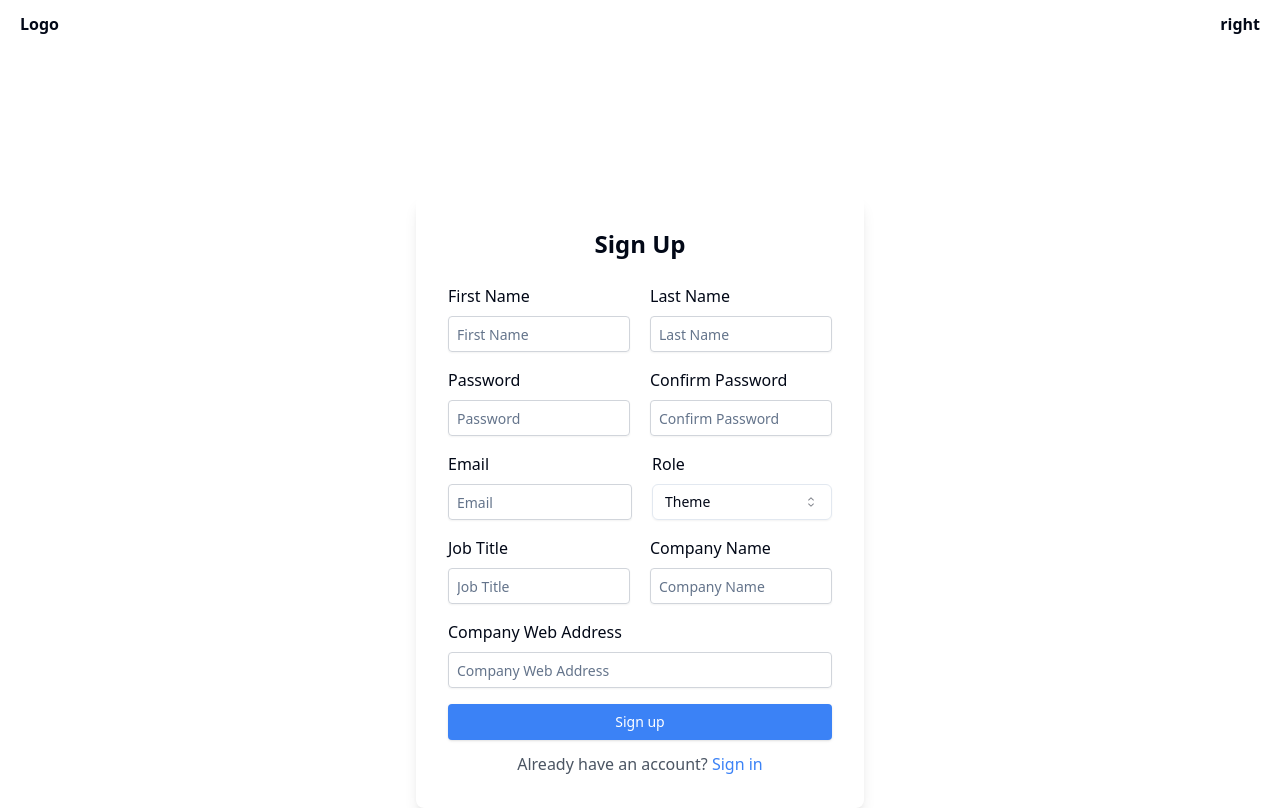
Repository: hisreal123/globalpath_fe
Page: /auth/signup
The author's editor kept a copy of each file at every save. The page is drawn from the files as they stood at one save, then again after the next save.
The browser window is 1280 px wide. The pictures show the whole page.
The project was rebuilt for these pictures with package versions that can differ from the ones it lists, and the page was loaded fresh each time. Also part of the build but not shown: vite.config.ts, src/components/pages/HomeComponent.tsx, src/pages/Home.tsx, src/pages/Error.tsx, src/pages/About.tsx, src/pages/Blog.tsx, src/pages/Find_jobs.tsx, src/components/Header.tsx and 2 more.

Above is the page before, as saved 2024-10-11 16:46:06.

### src/App.tsx

import { Router } from "./router/Router";

function App() {
  return (
    <>
      <Router />
    </>
  );
}

export default App;

### src/router/Router.tsx
import {
  createBrowserRouter,
  RouterProvider,
  Outlet,
  useLocation,
} from "react-router-dom";
import Home from "../pages/Home";
import Error from "../pages/Error";
import About from "../pages/About";
import Blog from "../pages/Blog";
import Find_jobs from "../pages/Find_jobs"
import Header from "../components/Header";
import Signin from "../pages/auth/Signin";
import Signup from "../pages/auth/Signup";


const notPages = ["/error", "/auth/signin", "/auth/signup", "auth/reset_password"]


// Layout component with conditional Navbar
const Layout = () => {
  const location = useLocation(); // Get the current route location

  return (
    <>
      {/* Conditionally render the Navbar if the current path is not the error page */}
      {!notPages.includes(location.pathname) && <Header />}
      <Outlet /> {/* Renders the child route's component */}
    </>
  );
};

const router = createBrowserRouter([
  {
    path: "/",
    element: <Layout />, // Wrap with layout for routes with Navbar
    children: [
      {
        path: "/",
        element: <Home />,
      },
      {
        path: "/about",
        element: <About />,
      },
      {
        path: "/find_jobs",
        element: <Find_jobs />,
      },
      {
        path: "/blog",
        element: <Blog />,
      },
      {
        path: "/auth",
        // element: <Blog />,
        children: [
          {
            path: "/auth/signin",
            element: <Signin />,
          },
          {
            path: "/auth/signup",
            element: <Signup />,
          },
        ],
      },
    ],
  },
  {
    path: "*", // Error route
    element: <Error />,
  },
]);

export const Router = () => {
  return (
    <>
      {/* No need for useLocation here */}
      <RouterProvider router={router} />
    </>
  );
};

### src/pages/auth/Signup.tsx
import React from 'react'
import SignupComponent from '../../components/pages/auth/SignupComponent'


const Signup = () => {
  return (
    <div>
      <SignupComponent />
    </div>
  )
}

export default Signup

### src/components/pages/auth/SignupComponent.tsx
import { z } from "zod";
import { zodResolver } from "@hookform/resolvers/zod";
import { SubmitHandler, useForm } from "react-hook-form";
import { RegisterSchema } from "@/utils/FormValiator";
import { Button } from "@/components/ui/button";
import {
  Form,
  FormControl,
  FormField,
  FormItem,
  FormLabel,
  FormMessage,
} from "@/components/ui/form";
import { Input } from "../../ui/input";
import { Link } from "react-router-dom";
import { useRegister } from "@/hooks/useAuth";
import { useState } from "react";
import {
  Select,
  SelectContent,
  SelectItem,
  SelectTrigger,
  SelectValue,
} from "@/components/ui/select";

type FormValues = z.infer<typeof RegisterSchema>;

const SignupComponent = () => {
  // states
  const [isLoading, setIsLoading] = useState<boolean>(false);
  const [isEmployer, setIsEmployer] = useState<boolean>(false);
  const form = useForm({
    resolver: zodResolver(RegisterSchema),
    defaultValues: {
      email: "",
      first_name: "",
      last_name: "",
      password: "",
      confirm_password: "",
      profile: {
        job_title: "",
        company_name: "",
        company_web_address: "",
      },
      role: "",
    },
  });

  const onSubmit: SubmitHandler<FormValues> = async (values) => {
    setIsLoading(true);
    try {
      const response = await useRegister(values);
      console.log("User registered successfully:", response.data);
    } catch (error: any) {
      console.error("Registration failed:", error.message);
    } finally {
      setIsLoading(false);
    }
  };

  return (
    <div>
      <div className="top_nav px-5 flex items-center justify-between font-bold pt-3">
        <Link to="/">Logo</Link>
        <h2>right</h2>
      </div>
      <div className="form_wrapper bg-white p-8 rounded-lg shadow-lg w-11/12 max-w-md mt-20 md:mt-40 mx-auto">
        <h2 className="text-2xl font-bold mb-6 text-center">Sign Up</h2>
        <Form {...form}>
          <form onSubmit={form.handleSubmit(onSubmit)} className="space-y-4">
            <div className="flex space-x-5">
              {/* First Name Field */}
              <FormField
                control={form.control}
                name="first_name"
                render={({ field }) => (
                  <FormItem>
                    <FormLabel className="text-md">First Name</FormLabel>
                    <FormControl>
                      <Input
                        placeholder="First Name"
                        {...field}
                        className="w-full p-2 border border-gray-300 rounded mt-1"
                      />
                    </FormControl>
                    <FormMessage />
                  </FormItem>
                )}
              />

              {/* Last Name Field */}
              <FormField
                control={form.control}
                name="last_name"
                render={({ field }) => (
                  <FormItem>
                    <FormLabel className="text-md">Last Name</FormLabel>
                    <FormControl>
                      <Input
                        placeholder="Last Name"
                        {...field}
                        className="w-full p-2 border border-gray-300 rounded mt-1"
                      />
                    </FormControl>
                    <FormMessage />
                  </FormItem>
                )}
              />
            </div>

            <div className="flex space-x-5">
              {/* Password Field */}
              <FormField
                control={form.control}
                name="password"
                render={({ field }) => (
                  <FormItem>
                    <FormLabel className="text-md">Password</FormLabel>
                    <FormControl>
                      <Input
                        type="password"
                        placeholder="Password"
                        {...field}
                        className="w-full p-2 border border-gray-300 rounded mt-1"
                      />
                    </FormControl>
                    <FormMessage />
                  </FormItem>
                )}
              />

              {/* Confirm Password Field */}
              <FormField
                control={form.control}
                name="confirm_password"
                render={({ field }) => (
                  <FormItem>
                    <FormLabel className="text-md">Confirm Password</FormLabel>
                    <FormControl>
                      <Input
                        type="password"
                        placeholder="Confirm Password"
                        {...field}
                        className="w-full p-2 border border-gray-300 rounded mt-1"
                      />
                    </FormControl>
                    <FormMessage />
                  </FormItem>
                )}
              />
            </div>

            <div className="flex space-x-5">
              {/* Email Field */}
              <FormField
                control={form.control}
                name="email"
                render={({ field }) => (
                  <FormItem>
                    <FormLabel className="text-md">Email</FormLabel>
                    <FormControl>
                      <Input
                        placeholder="Email"
                        {...field}
                        className="w-full p-2 border border-gray-300 rounded mt-1"
                      />
                    </FormControl>
                    <FormMessage />
                  </FormItem>
                )}
              />
              {/* Role Field */}
              <FormField
                control={form.control}
                name="role"
                render={({ field }) => (
                  <FormItem>
                    <FormLabel className="text-md">Role</FormLabel>
                    <FormControl>
                      <Select>
                        <SelectTrigger className="w-[180px]">
                          <SelectValue placeholder="Theme" />
                        </SelectTrigger>
                        <SelectContent>
                          <SelectItem value="EMPLOYER">EMPLOYER</SelectItem>
                          <SelectItem value="JOBSEEKER">JOBSEEKER</SelectItem>
                        </SelectContent>
                      </Select>
                    </FormControl>
                    <FormMessage />
                  </FormItem>
                )}
              />
            </div>

            <div className="flex space-x-5">
              {/* Job Title Field (Profile) */}
              <FormField
                control={form.control}
                name="profile.job_title"
                render={({ field }) => (
                  <FormItem>
                    <FormLabel className="text-md">Job Title</FormLabel>
                    <FormControl>
                      <Input
                        placeholder="Job Title"
                        {...field}
                        className="w-full p-2 border border-gray-300 rounded mt-1"
                      />
                    </FormControl>
                    <FormMessage />
                  </FormItem>
                )}
              />

              {/* Company Name Field (Profile) */}
              <FormField
                control={form.control}
                name="profile.company_name"
                render={({ field }) => (
                  <FormItem>
                    <FormLabel className="text-md">Company Name</FormLabel>
                    <FormControl>
                      <Input
                        placeholder="Company Name"
                        {...field}
                        className="w-full p-2 border border-gray-300 rounded mt-1"
                      />
                    </FormControl>
                    <FormMessage />
                  </FormItem>
                )}
              />
            </div>

            {/* Company Web Address Field (Profile) */}
            <FormField
              control={form.control}
              name="profile.company_web_address"
              render={({ field }) => (
                <FormItem>
                  <FormLabel className="text-md">Company Web Address</FormLabel>
                  <FormControl>
                    <Input
                      placeholder="Company Web Address"
                      {...field}
                      className="w-full p-2 border border-gray-300 rounded mt-1"
                    />
                  </FormControl>
                  <FormMessage />
                </FormItem>
              )}
            />

            {/* Submit Button */}
            <Button
              type="submit"
              className="bg-blue-500 text-white w-full p-2 rounded hover:bg-blue-600 mt-5 relative"
            >
              {`${isLoading ? "loading...." : "Sign up"}`}
            </Button>
          </form>
        </Form>

        <p className="text-center text-gray-600 mt-3">
          Already have an account?{" "}
          <Link to="/auth/signin" className="text-blue-500 hover:underline">
            Sign in
          </Link>
        </p>
      </div>
    </div>
  );
};

export default SignupComponent;

### src/utils/FormValiator.ts
"use client"

import {z} from "zod"


export const UserProfile = z.object({
  job_title: z.string(),
  company_name: z.string(),
  company_web_address: z.string().url({ message: "Invalid url" })
});

export const RegisterSchema = z
  .object({
    email: z
      .string()
      .min(13, {
        message: "Email must be 13 or more.",
      })
      .max(20),
    first_name: z
      .string()
      .min(2, {
        message: "First name must be at least 2 characters long",
      })
      .max(50),
    last_name: z.string().min(2).max(50),
    password: z.string().min(4).max(20),
    confirm_password: z.string().min(2).max(50),
    profile: UserProfile,
    role: z.string().min(8).max(20)
  })
  .refine((data) => data.password === data.confirm_password, {
    message: "Passwords do not match",
    path: ["confirm_password"],
  });



export const LoginSchema =  z.object({
  email: z.string().email({ message: "Invalid email address" }),
  password: z.string().min(6, { message: "Password must be at least 6 characters" }),
});

### src/components/ui/button.tsx
import * as React from "react"
import { Slot } from "@radix-ui/react-slot"
import { cva, type VariantProps } from "class-variance-authority"

import { cn } from "@/lib/utils"

const buttonVariants = cva(
  "inline-flex items-center justify-center whitespace-nowrap rounded-md text-sm font-medium transition-colors focus-visible:outline-none focus-visible:ring-1 focus-visible:ring-ring disabled:pointer-events-none disabled:opacity-50",
  {
    variants: {
      variant: {
        default:
          "bg-primary text-primary-foreground shadow hover:bg-primary/90",
        destructive:
          "bg-destructive text-destructive-foreground shadow-sm hover:bg-destructive/90",
        outline:
          "border border-input bg-background shadow-sm hover:bg-accent hover:text-accent-foreground",
        secondary:
          "bg-secondary text-secondary-foreground shadow-sm hover:bg-secondary/80",
        ghost: "hover:bg-accent hover:text-accent-foreground",
        link: "text-primary underline-offset-4 hover:underline",
      },
      size: {
        default: "h-9 px-4 py-2",
        sm: "h-8 rounded-md px-3 text-xs",
        lg: "h-10 rounded-md px-8",
        icon: "h-9 w-9",
      },
    },
    defaultVariants: {
      variant: "default",
      size: "default",
    },
  }
)

export interface ButtonProps
  extends React.ButtonHTMLAttributes<HTMLButtonElement>,
    VariantProps<typeof buttonVariants> {
  asChild?: boolean
}

const Button = React.forwardRef<HTMLButtonElement, ButtonProps>(
  ({ className, variant, size, asChild = false, ...props }, ref) => {
    const Comp = asChild ? Slot : "button"
    return (
      <Comp
        className={cn(buttonVariants({ variant, size, className }))}
        ref={ref}
        {...props}
      />
    )
  }
)
Button.displayName = "Button"

export { Button, buttonVariants }

### src/components/ui/form.tsx
import * as React from "react"
import * as LabelPrimitive from "@radix-ui/react-label"
import { Slot } from "@radix-ui/react-slot"
import {
  Controller,
  ControllerProps,
  FieldPath,
  FieldValues,
  FormProvider,
  useFormContext,
} from "react-hook-form"

import { cn } from "@/lib/utils"
import { Label } from "@/components/ui/label"

const Form = FormProvider

type FormFieldContextValue<
  TFieldValues extends FieldValues = FieldValues,
  TName extends FieldPath<TFieldValues> = FieldPath<TFieldValues>
> = {
  name: TName
}

const FormFieldContext = React.createContext<FormFieldContextValue>(
  {} as FormFieldContextValue
)

const FormField = <
  TFieldValues extends FieldValues = FieldValues,
  TName extends FieldPath<TFieldValues> = FieldPath<TFieldValues>
>({
  ...props
}: ControllerProps<TFieldValues, TName>) => {
  return (
    <FormFieldContext.Provider value={{ name: props.name }}>
      <Controller {...props} />
    </FormFieldContext.Provider>
  )
}

const useFormField = () => {
  const fieldContext = React.useContext(FormFieldContext)
  const itemContext = React.useContext(FormItemContext)
  const { getFieldState, formState } = useFormContext()

  const fieldState = getFieldState(fieldContext.name, formState)

  if (!fieldContext) {
    throw new Error("useFormField should be used within <FormField>")
  }

  const { id } = itemContext

  return {
    id,
    name: fieldContext.name,
    formItemId: `${id}-form-item`,
    formDescriptionId: `${id}-form-item-description`,
    formMessageId: `${id}-form-item-message`,
    ...fieldState,
  }
}

type FormItemContextValue = {
  id: string
}

const FormItemContext = React.createContext<FormItemContextValue>(
  {} as FormItemContextValue
)

const FormItem = React.forwardRef<
  HTMLDivElement,
  React.HTMLAttributes<HTMLDivElement>
>(({ className, ...props }, ref) => {
  const id = React.useId()

  return (
    <FormItemContext.Provider value={{ id }}>
      <div ref={ref} className={cn("space-y-2", className)} {...props} />
    </FormItemContext.Provider>
  )
})
FormItem.displayName = "FormItem"

const FormLabel = React.forwardRef<
  React.ElementRef<typeof LabelPrimitive.Root>,
  React.ComponentPropsWithoutRef<typeof LabelPrimitive.Root>
>(({ className, ...props }, ref) => {
  const { error, formItemId } = useFormField()

  return (
    <Label
      ref={ref}
      className={cn(error && "text-destructive", className)}
      htmlFor={formItemId}
      {...props}
    />
  )
})
FormLabel.displayName = "FormLabel"

const FormControl = React.forwardRef<
  React.ElementRef<typeof Slot>,
  React.ComponentPropsWithoutRef<typeof Slot>
>(({ ...props }, ref) => {
  const { error, formItemId, formDescriptionId, formMessageId } = useFormField()

  return (
    <Slot
      ref={ref}
      id={formItemId}
      aria-describedby={
        !error
          ? `${formDescriptionId}`
          : `${formDescriptionId} ${formMessageId}`
      }
      aria-invalid={!!error}
      {...props}
    />
  )
})
FormControl.displayName = "FormControl"

const FormDescription = React.forwardRef<
  HTMLParagraphElement,
  React.HTMLAttributes<HTMLParagraphElement>
>(({ className, ...props }, ref) => {
  const { formDescriptionId } = useFormField()

  return (
    <p
      ref={ref}
      id={formDescriptionId}
      className={cn("text-[0.8rem] text-muted-foreground", className)}
      {...props}
    />
  )
})
FormDescription.displayName = "FormDescription"

const FormMessage = React.forwardRef<
  HTMLParagraphElement,
  React.HTMLAttributes<HTMLParagraphElement>
>(({ className, children, ...props }, ref) => {
  const { error, formMessageId } = useFormField()
  const body = error ? String(error?.message) : children

  if (!body) {
    return null
  }

  return (
    <p
      ref={ref}
      id={formMessageId}
      className={cn("text-[0.8rem] font-medium text-destructive", className)}
      {...props}
    >
      {body}
    </p>
  )
})
FormMessage.displayName = "FormMessage"

export {
  useFormField,
  Form,
  FormItem,
  FormLabel,
  FormControl,
  FormDescription,
  FormMessage,
  FormField,
}

### src/components/ui/input.tsx
import * as React from "react"

import { cn } from "@/lib/utils"

export interface InputProps
  extends React.InputHTMLAttributes<HTMLInputElement> {}

const Input = React.forwardRef<HTMLInputElement, InputProps>(
  ({ className, type, ...props }, ref) => {
    return (
      <input
        type={type}
        className={cn(
          "flex h-9 w-full rounded-md border border-input bg-transparent px-3 py-1 text-sm shadow-sm transition-colors file:border-0 file:bg-transparent file:text-sm file:font-medium file:text-foreground placeholder:text-muted-foreground focus-visible:outline-none focus-visible:ring-1 focus-visible:ring-ring disabled:cursor-not-allowed disabled:opacity-50",
          className
        )}
        ref={ref}
        {...props}
      />
    )
  }
)
Input.displayName = "Input"

export { Input }

### src/hooks/useAuth.tsx

// import { FormSchema } from '@/utils/FormValiator';
// import { RegisterSchema } from "@/utils/FormValiator";
import axios , {AxiosResponse } from 'axios';
// import IFormRegister from '../../data'
// import { z } from 'zod';

const baseURL =  `https://korede456.pythonanywhere.com`

const headerConfig = {
  headers : {
    'Content-type': 'application/json'
  }
}


export // Function to handle user registration and return AxiosResponse
const useRegister = async (
  userData: any
): Promise<AxiosResponse<any>> => {
  try {
    const response = await axios.post(
      `${baseURL}/account/register/`,
      userData,
      headerConfig
    );

    return response; // Return the API response
  } catch (error: any) {
    if (error.response) {
      console.error("Error registering user:", error.response.status);
      console.error("Error details:", error.response.data);
      throw new Error(error.response.data.message || "Error registering user");
    } else {
      console.error("Error registering user:", error.message);
      throw new Error("Network error");
    }
  }
};

### src/components/ui/label.tsx
import * as React from "react"
import * as LabelPrimitive from "@radix-ui/react-label"
import { cva, type VariantProps } from "class-variance-authority"

import { cn } from "@/lib/utils"

const labelVariants = cva(
  "text-sm font-medium leading-none peer-disabled:cursor-not-allowed peer-disabled:opacity-70"
)

const Label = React.forwardRef<
  React.ElementRef<typeof LabelPrimitive.Root>,
  React.ComponentPropsWithoutRef<typeof LabelPrimitive.Root> &
    VariantProps<typeof labelVariants>
>(({ className, ...props }, ref) => (
  <LabelPrimitive.Root
    ref={ref}
    className={cn(labelVariants(), className)}
    {...props}
  />
))
Label.displayName = LabelPrimitive.Root.displayName

export { Label }

Loaded but not shown: index.html (common file); src/main.tsx (common file); src/index.css (common file); src/lib/utils.ts (common file); tailwind.config.js (common file); src/components/ui/select.tsx (162 lines, source omitted)

After the next save:
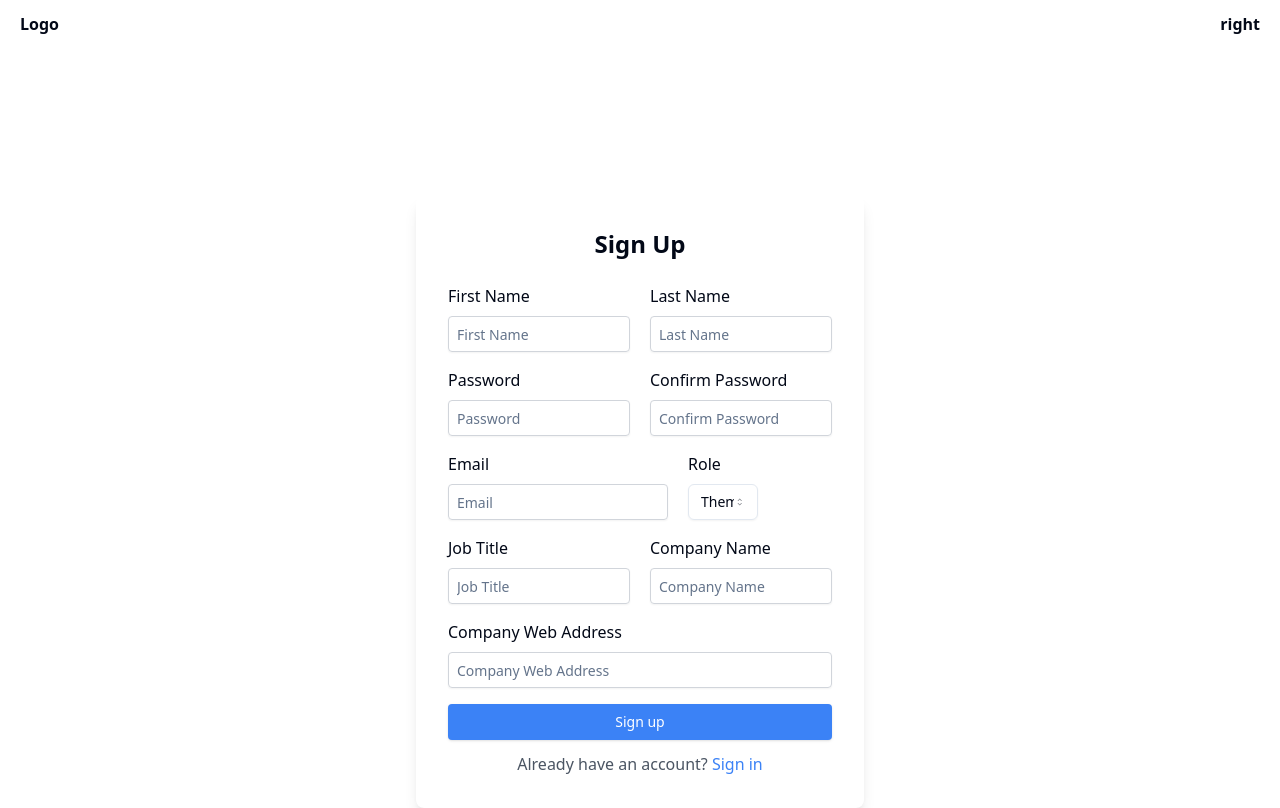
Saved 8 s later.
--- a/src/components/pages/auth/SignupComponent.tsx
+++ b/src/components/pages/auth/SignupComponent.tsx
@@ -178,7 +178,7 @@ const SignupComponent = () => {
                     <FormLabel className="text-md">Role</FormLabel>
                     <FormControl>
                       <Select>
-                        <SelectTrigger className="w-[180px]">
+                        <SelectTrigger className="w-[70px]">
                           <SelectValue placeholder="Theme" />
                         </SelectTrigger>
                         <SelectContent>
